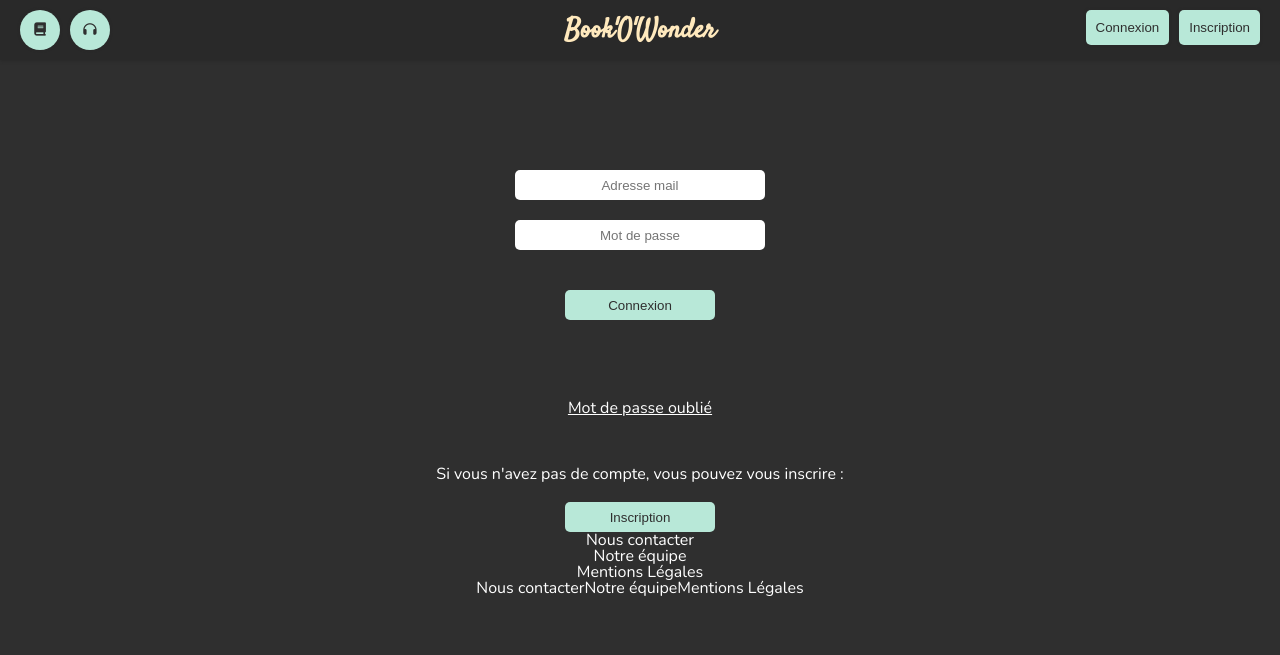
Repository: AnneLineC/book-o-wonder-front
Page: /connexion
These files come from the project's save history. The page is drawn as it stood at one moment and after the next save; the edit follows.
The browser window is 1280 px wide. The pictures show the whole page.
The page's requests for data from a server got no answer. Some web libraries are served in a nearby version. The project was rebuilt for these pictures with package versions that can differ from the ones it lists, and the page was loaded fresh each time. No one was signed in, and anything a server would have sent is missing. Also part of the build but not shown: src/components/HeaderApp/LoggedMenu/styles.scss, src/components/HeaderApp/LoggedMenu/index.js, src/components/BookCard/styles.scss, src/components/BookCard/index.js, src/components/HomePage/styles.scss, src/components/HomePage/index.js, src/components/RegisterPage/styles.scss, src/components/RegisterPage/index.js and 30 more.

Above is the page before, as saved 2021-12-21 10:51:39.

After the next save:
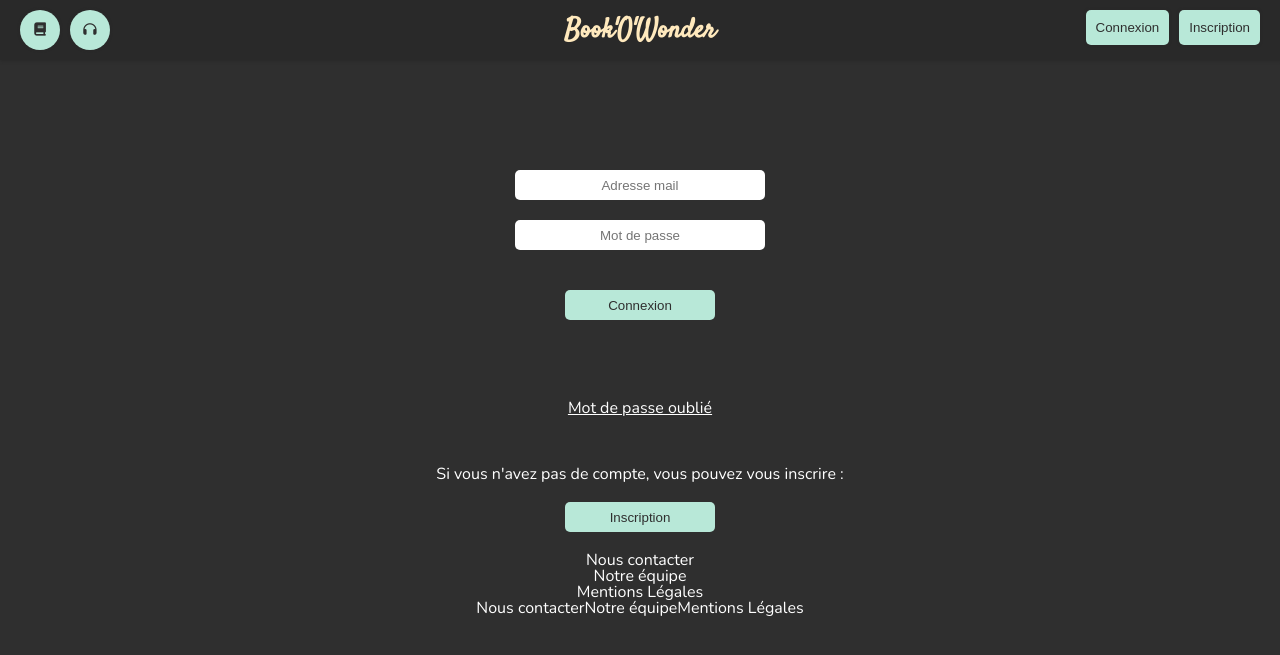
Saved 14 s later.
--- a/src/components/LoginPage/styles.scss
+++ b/src/components/LoginPage/styles.scss
@@ -32,10 +32,10 @@
 
   &__subscription {
     background-color: vars.$color--green-light;
+    height: 3rem;
+    width: 15rem;
+    margin: 2rem auto 2rem auto;
     border-radius: vars.$radius;
-    width: 150px;
-    height: 30px;
-    margin-top: 2rem;
   }
 
   &__forgotten {
